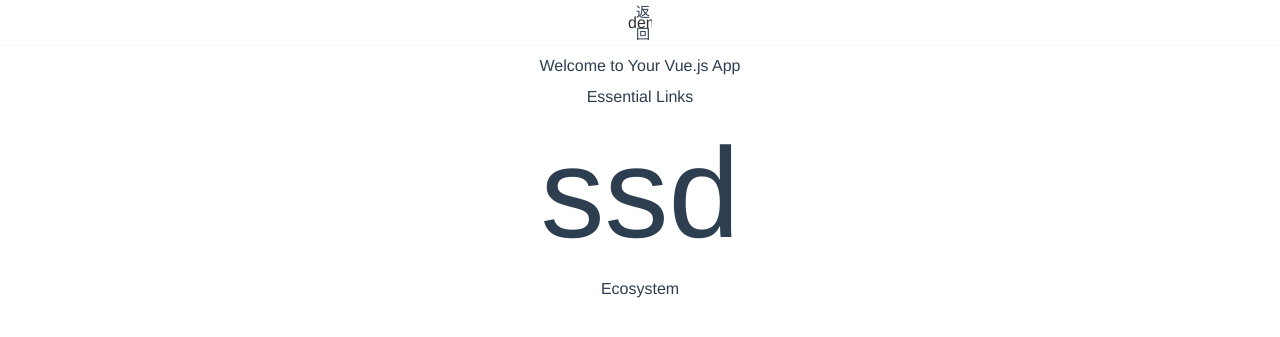
Repository: rechard-work/h5-app-communication
Page: /
The author's editor kept a copy of each file at every save. The page is drawn from the files as they stood at one save, then again after the next save.
The browser window is 1280 px wide. The pictures show the whole page.
The project was rebuilt for these pictures with package versions that can differ from the ones it lists, and the page was loaded fresh each time.

Above is the page before, as saved 2020-07-13 11:31:18.

### src/main.js
// The Vue build version to load with the `import` command
// (runtime-only or standalone) has been set in webpack.base.conf with an alias.
import './common/js/rem'

import Vue from 'vue'
import App from './App'
import router from './router'

import './common/js/jsBridge.js'
import './common/js/httpBridge.js'

import Vant from 'vant'
import 'vant/lib/index.css'

Vue.use(Vant)
Vue.prototype.$bridge = window.hxWebBridge

Vue.config.productionTip = false
/* eslint-disable no-new */
new Vue({
  el: '#app',
  router,
  components: { App },
  template: '<App/>'
})

### src/common/js/rem.js
/* eslint-disable */
(function(doc, win) {
  var docEl = doc.documentElement,
    resizeEvt = 'orientationchange' in window ? 'orientationchange' : 'resize',
    recalc = function() {
      //var clientWidth = docEl.clientWidth;
      var rem = docEl.clientWidth / 10;
      if (!rem) return;
      //docEl.style.fontSize = 20 * (clientWidth / 320) + 'px';
      docEl.style.fontSize = rem + 'px';
    };
    recalc();
  if (!doc.addEventListener) return;
  win.addEventListener(resizeEvt, recalc, false);
  doc.addEventListener('DOMContentLoaded', recalc, false);
})(document, window);

### src/App.vue
<template>
  <div id="app">
    <!-- <img src="./assets/logo.png"> -->
    <router-view/>
  </div>
</template>

<script>
export default {
  name: 'App'
}
</script>

<style>
#app {
  font-family: 'Avenir', Helvetica, Arial, sans-serif;
  -webkit-font-smoothing: antialiased;
  -moz-osx-font-smoothing: grayscale;
  text-align: center;
  color: #2c3e50;
}
</style>

### src/common/js/jsBridge.js
/* eslint-disable */
;(function(win) {
  var ua = navigator.userAgent

  function getQueryString(name) {
    var reg = new RegExp('(^|&)' + name + '=([^&]*)(&|$)', 'i')
    var r = window.location.search.substr(1).match(reg)
    if (r !== null) return unescape(r[2])
    return null
  }

  function isAndroid() {
    return win.hxAndroidBridge !== undefined
  }

  function isIOS() {
    return win.hxiOSBridge !== undefined
  }

  var messageHandlers = {}

  var mobile = {
    /**
     *通过bridge调用app端的方法(异步)
     * @param method
     * @param params
     * @param callback function(errno, errmsg, result)函数
     */
      postNotification: function(name, params, callback) {
        // 生成回调函数方法名称
        var cbName = 'CB_' + Date.now() + '_' + Math.ceil(Math.random() * 10)
        // 挂载一个临时函数到window变量上，方便app回调
        win[cbName] = function(errno, errmsg, result) {
          console.log('result', result)
          // var resultObj;F
          // if (typeof(result) !== 'undefined' && result !== null) {
          //     resultObj = JSON.parse(result);
          // }
          // console.log('resultObj', resultObj)
          callback(errno, errmsg, result)
          // 回调成功之后删除挂载到window上的临时函数
          delete win[cbName]
        }
        // win.hxAndroidBridge.handleNotification(
        //   name,
        //   JSON.stringify(params),
        //   cbName
        // )
    },
    /**
     *通过bridge来handler app端调用的方法
     * @param name
     * @param handler function(name, params)函数
     */
    registerHandler: function(name, handler) {
      if (!messageHandlers[name]) {
        messageHandlers[name] = []
      }
      messageHandlers[name].push(handler)
    },
    /**
     *私有方法，只会在native端调用
     */
    handleNotification: function(name, params) {
      var handler = messageHandlers[name]
      if (handler != null) {
        for (var i = 0; i < handler.length; i++) {
          handler[i](name, params)
        }
      } else {
        // alert("no handler!");
      }
    }
  }

  mobile.postNotification('initPage', {}, pageId => (global.pageId = pageId))

  // 将mobile对象挂载到window全局
  win.hxWebBridge = mobile

})(window)

### src/common/js/httpBridge.js
/* eslint-disable */
;(function(win) {
  var httpBridge = {
    handleNotification: async function(name, params, callback) {
      switch (name) {
        // 服务类请求
        case 'MSServiceNetworkRequest':
          this.gateRequest(params, callback)
          break
        // 服务类请求
        case 'MSTradeNetworkRequest':
          break
        // 行情类请求
        case 'MSQuoteNetworkRequest':
          break
        // 获取用户信息
        case 'MSGetNativeInfo':
          let tokenEffective = localStorageService.get('token-effective')
          let eNoLoginStatus = localStorageService.get('eNoLoginStatus')
          // 本地token有效
          if (tokenEffective) {
            let deviceInfo = localStorageService.get('deviceInfo')
            deviceInfo = Object.keys(deviceInfo).length
              ? deviceInfo
              : { eAccount: {} }
            callback(0, '', JSON.stringify(deviceInfo))
          } else {
            // 本地token失效, 登录状态有效
            if (eNoLoginStatus) {
              try {
                // 检测服务器token是否有效
                await checkTokenExpire()
              } catch (e) {
                // 阻止请求
                callback(0, '', '{}')
              }
              // 服务器上当前用户token未失效,刷新token并更新过期时间
              await refreshToken()
              return this.handleNotification(name, params, callback)
            }
            //   loginOut()
            callback(0, '', '{}')
          }
          break
        // 获取用户信息
        case 'MSJumpToNative':
          this.handleJumpToNative(params, callback)
          break
        default:
          break
      }
    },
    // 服务类请求
    async gateRequest(params, callback) {
      let inParams = JSON.parse(params)
      let pathUrl = baseURL + (inParams.url || '/servlet/json')
      // inParams.url 毛磊的登录类接口,就不需要funcNo
      if (!inParams.url) {
        inParams.funcNo = inParams.__funcid || ''
      }
      delete inParams.url
      axios({
        url: pathUrl,
        baseURL: baseURL,
        params: inParams,
        method: 'get',
        timeout: 30000,
        withCredentials: true,
        crossDomain: true
      })
        .then(response => {
          return response.data
        })
        .then(res => {
          try {
            let result = {
              error_no: +res.error_no,
              error_info: res.error_info,
              dsName: ['DataSet'],
              DataSet: res.results || [res.data]
            }
            callback(+res.error_no, res.error_info, JSON.stringify(result))
          } catch (e) {
            console.log('回调异常: ' + e)
          }
        })
        .catch(err => {
          // error_no === -999,登录状态失效,不做通知
          callback(-1, '请求失败:' + err, '{}')
        })
    },
    // 处理跳转
    async handleJumpToNative(params, callback) {
      let JumpToNativeCallBack = url => {
        return new Promise((resolve, reject) => {
          let _uuid = util.getGUID()
          let { hash, search, origin, pathname } = window.location
          let href = origin + pathname
          let hashQuery = new util.UrlParameters(hash)
          hash = hash.split('?')[0]
          // 防止小程序回调带上ehtToken, tradeToken, tradeType, openid
          delete hashQuery.ehtToken
          delete hashQuery.tradeToken
          delete hashQuery.tradeType
          delete hashQuery.openid
          if (Object.keys(hashQuery).length > 0) {
            hash += '?' + util.parseParam(hashQuery)
          }
          // 默认带给小程序页面的参数
          let defaultQuery = `?href=${encodeURIComponent(
            href
          )}&hash=${encodeURIComponent(hash)}&search=${encodeURIComponent(
            search
          )}&uuid=${_uuid}`
          if (url.indexOf('?') >= 0) {
            defaultQuery = defaultQuery.replace('?', '&')
          }
          // Android小程序不执行visibilitychange
          store.commit('SET_DOCUMENT_HIDDEN', true)
          // hashchange的监听事件
          let hashchangeFunc = _ => {
            store.commit('SET_DOCUMENT_HIDDEN', false)
            let { callback: result, uuid } = new util.UrlParameters()
            // 防止其他代码改变hash值影响到当前回调
            if (_uuid === uuid) {
              // 防止回调参数未取到
              try {
                result = decodeURIComponent(result)
                result = JSON.parse(result || '{}')
              } catch (e) {
                result = {}
              }
              resolve(result)
              // 由于小程序改变了页面的hash，需要返回
              history.back()
              // 移除当前hashchange的监听
              window.removeEventListener('hashchange', hashchangeFunc)
            }
          }
          // 跳转到对应页面
          wx.miniProgram.navigateTo({
            url: `${url}${defaultQuery}`
          })
          // 监听hash变更，由于小程序没有api去实现小程序->的通讯，只能通过改变页面的hash传递消息
          // 改变hash并不会导致webview刷新
          // 2020-02-26 16:25:37:暂时未发现其他问题
          window.addEventListener('hashchange', hashchangeFunc)
        })
      }
      const paramsJson = JSON.parse(params)
      let url = paramsJson.jumpinfo
      // 登录处理
      if (url.indexOf('hx168ms://login') === 0) {
        let query = new util.UrlParameters(url)
        if (device.isWeChatMini()) {
          // 微信小程序环境
          let queryString = util.parseParam(query)
          url = '/pages/login/login' + (queryString ? '?' : '') + queryString
          JumpToNativeCallBack(url).then(result => {
            let { errNo, errMsg, res } = result
            if (errNo >= 0) {
              let { userInfo, ehtToken, tradeToken } = res
              // 登录成功
              loginCallBack({
                userInfo,
                ehtToken,
                tradeToken
              })
            }
            callback(errNo, errMsg, res)
          })
        } else if (device.isWeChat()) {
          formatLoginParams()
          // 微信公众号页面
        } else if (device.isBrower()) {
          // 普通浏览器页面
          router.push({
            pathname: '/login',
            query: {
              ...query,
              backurl: encodeURIComponent(location.hash.replace('#/', ''))
            }
          })
        }
        return false
      }
      // 在微信小程序内
      if (device.isWeChatMini()) {
        url = util.hx168msToHttp(url)
        if (url) {
          if (url.indexOf('/pages/') < 0) {
            url = '/pages/mpwebview/mpwebview?url=' + encodeURIComponent(url)
          }
          console.log('跳转到小程序页面:', url)
          JumpToNativeCallBack(url).then(result => {
            let { errNo, errMsg, res } = result
            if (errNo >= 0) {
              let { userInfo, ehtToken, tradeToken } = res
              if (userInfo && (ehtToken || tradeToken)) {
                loginCallBack({
                  userInfo,
                  ehtToken,
                  tradeToken
                })
              }
            }
            callback(errNo, errMsg, res)
          })
        }
        return false
      }
      if (url.indexOf('hx168ms://hxwebview') === 0) {
        let query = new util.UrlParameters(url)
        if (query.module === 'pay') {
          try {
            await checkTokenExpire()
          } catch (e) {
            return jumpToLogin(1)
          }
          // todo
          // if(process.env.NODE_ENV === "production"){
          window.location.href = util.hx168msToHttp(url)
          // }else{
            // window.location.href = `${ResourceServerList}/${query.module}${decodeURIComponent(query.param)}`
          // }
          return false;
        }
      }
      window.location.href = `https://fw.hx168.com.cn/zhapp/appWeb/api/static/download/index.html?url=${encodeURIComponent(
        url
      )}`
    },
    HXHeaderClose() {
      if (device.isWeChatMini()) {
        wx.miniProgram.navigateBack()
      } else if (device.isWeChat()) {
        // 微信公众号页面
        history.go(-1)
      } else if (device.isBrower()) {
        history.go(-1)
      }
    },
    MSReportUserAction(params, callback) {
      let {
        reportType,
        objectId,
        eventType,
        actionId,
        attributes,
        subReportType
      } = JSON.parse(params)
      reportType = +reportType
      subReportType = +subReportType
      // 控件埋点
      if (reportType === 1) {
        TKStat.event(objectId, eventType, actionId, attributes)
        return false
      }
      // 页面埋点
      if (reportType === 2) {
        if (subReportType === 1) {
          TKStat.visitPage(objectId)
        } else if (subReportType === 2) {
          TKStat.visitPageFinish(objectId)
        }
      }
    }
  }
  win.hxHTTPBridge = httpBridge
})(window)

### src/components/HelloWorld.vue
<template>
  <div class='hello'>
    <van-nav-bar class='nav-bar'>
      <div class='left-item' slot='left'>
        <i class='icon-back' />
        <span>返回</span>
      </div>
      <div name='title' class='title' slot='title' @click='titleClick'>
        <span>{{ title }}</span>
      </div>
    </van-nav-bar>
    <h1>{{ msg }}</h1>
    <h2>Essential Links</h2>
    <ul>
      <li>ssd</li>
    </ul>
    <h2>Ecosystem</h2>
  </div>
</template>

<script>
export default {
  name: 'HelloWorld',
  data () {
    return {
      title: 'demo',
      msg: 'Welcome to Your Vue.js App'
    }
  },
  mounted () {
    this.appCall()
    this.callAPP()
  },
  methods: {
    titleClick () {
      this.callAPP()
    },
    // js调用app ==================================
    callAPP () {
      // let param = { jumpinfo: '', onlyHCWebview: true } // JS给APP传得参数
      this.$bridge.postNotification('MSGetNativeInfo', {}, function (
        errNo,
        errMsg,
        res
      ) {
        alert(res)
      })
    },
    // app调js =====================================
    // app调用js的方法 appCallJS, 需要注册
    appCall () {
      this.$bridge.registerHandler('appCallJS', (datas, responseCallback) => {
        alert('showStationList' + datas)
      })
    }
  }
}
</script>

<!-- Add 'scoped' attribute to limit CSS to this component only -->
<style scoped>
.nav-bar {
  display: flex;
  justify-content:center;
  align-items: center;
}
h1,
h2 {
  font-weight: normal;
  font-size: 16px;
}
ul {
  list-style-type: none;
  padding: 0;
}
li {
  display: inline-block;
  margin: 0 30px;
}
a {
  color: #42b983;
}
</style>

Loaded but not shown: index.html (common file); src/router/index.js (common file)

After the next save:
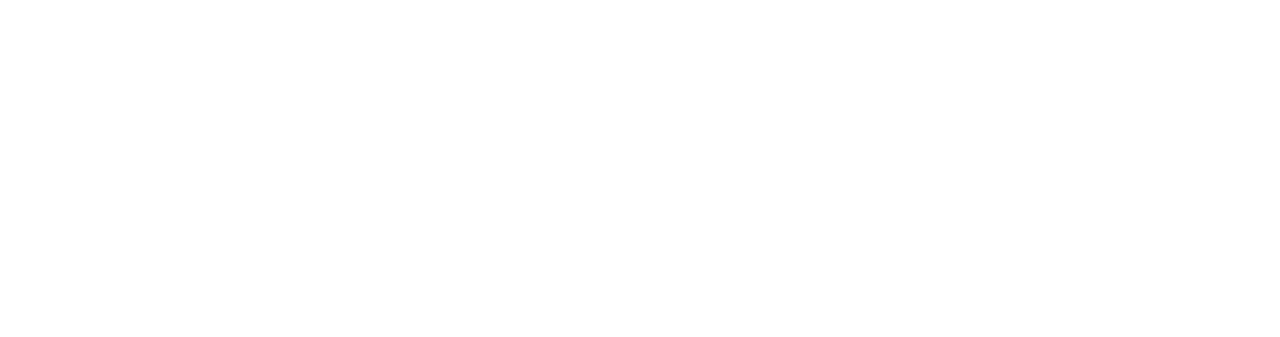
Console error: TypeError: Cannot read properties of undefined (reading 'handleNotification')
Saved 21 s later.
--- a/src/common/js/jsBridge.js
+++ b/src/common/js/jsBridge.js
@@ -17,6 +17,20 @@
     return win.hxiOSBridge !== undefined
   }
 
+  function isFcMini() {
+    return (
+      win.__fcjs_environment &&
+      win.__fcjs_environment.toLocaleLowerCase() === 'miniprogram'
+    )
+  }
+
+  function isWeChatMini() {
+    return (
+      window.__wxjs_environment === 'miniprogram' ||
+      /miniProgram/i.test(navigator.userAgent.toLowerCase())
+    )
+  }
+
   var messageHandlers = {}
 
   var mobile = {
@@ -26,13 +40,20 @@
      * @param params
      * @param callback function(errno, errmsg, result)函数
      */
-      postNotification: function(name, params, callback) {
+    postNotification: function(name, params, callback) {
+      if (isIOS()) {
+        win.hxiOSBridge.handleNotification(
+          name,
+          JSON.stringify(params),
+          callback
+        )
+      } else if (isAndroid()) {
         // 生成回调函数方法名称
         var cbName = 'CB_' + Date.now() + '_' + Math.ceil(Math.random() * 10)
         // 挂载一个临时函数到window变量上，方便app回调
         win[cbName] = function(errno, errmsg, result) {
           console.log('result', result)
-          // var resultObj;F
+          // var resultObj;
           // if (typeof(result) !== 'undefined' && result !== null) {
           //     resultObj = JSON.parse(result);
           // }
@@ -41,11 +62,24 @@
           // 回调成功之后删除挂载到window上的临时函数
           delete win[cbName]
         }
-        // win.hxAndroidBridge.handleNotification(
-        //   name,
-        //   JSON.stringify(params),
-        //   cbName
-        // )
+        win.hxAndroidBridge.handleNotification(
+          name,
+          JSON.stringify(params),
+          cbName
+        )
+      } else if (isFcMini()) {
+        win.FinChatJSBridge.invoke(
+          'postNotification',
+          { name, data: params },
+          ({ errno, errmsg, result }) => callback(errno, errmsg, result)
+        )
+      } else {
+        win.hxHTTPBridge.handleNotification(
+          name,
+          JSON.stringify(params),
+          callback
+        )
+      }
     },
     /**
      *通过bridge来handler app端调用的方法
@@ -53,10 +87,16 @@
      * @param handler function(name, params)函数
      */
     registerHandler: function(name, handler) {
+      if (isFcMini()) {
+        // 凡泰小程序
+        win.FinChatJSBridge.subscribeHandler(name, handler)
+        return false
+      }
       if (!messageHandlers[name]) {
         messageHandlers[name] = []
       }
       messageHandlers[name].push(handler)
+      // console.info(messageHandlers, 'messageHandlers')
     },
     /**
      *私有方法，只会在native端调用
@@ -70,12 +110,14 @@
       } else {
         // alert("no handler!");
       }
-    }
+    },
+    isAndroid: isAndroid(),
+    isIOS: isIOS(),
+    isFcMini: isFcMini()
   }
 
   mobile.postNotification('initPage', {}, pageId => (global.pageId = pageId))
 
   // 将mobile对象挂载到window全局
   win.hxWebBridge = mobile
-
 })(window)

After the save that followed:
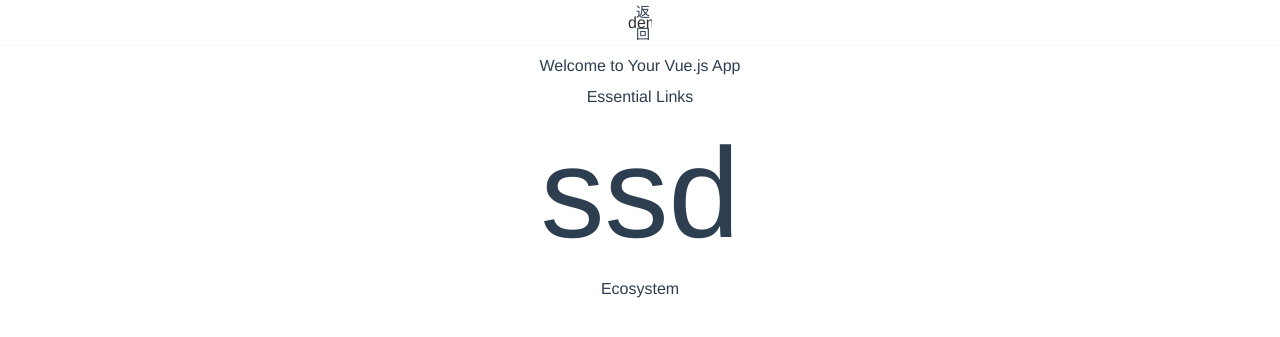
The error is gone.
Saved 35 s later.
--- a/src/common/js/jsBridge.js
+++ b/src/common/js/jsBridge.js
@@ -67,18 +67,6 @@
           JSON.stringify(params),
           cbName
         )
-      } else if (isFcMini()) {
-        win.FinChatJSBridge.invoke(
-          'postNotification',
-          { name, data: params },
-          ({ errno, errmsg, result }) => callback(errno, errmsg, result)
-        )
-      } else {
-        win.hxHTTPBridge.handleNotification(
-          name,
-          JSON.stringify(params),
-          callback
-        )
       }
     },
     /**
@@ -110,10 +98,7 @@
       } else {
         // alert("no handler!");
       }
-    },
-    isAndroid: isAndroid(),
-    isIOS: isIOS(),
-    isFcMini: isFcMini()
+    }
   }
 
   mobile.postNotification('initPage', {}, pageId => (global.pageId = pageId))
